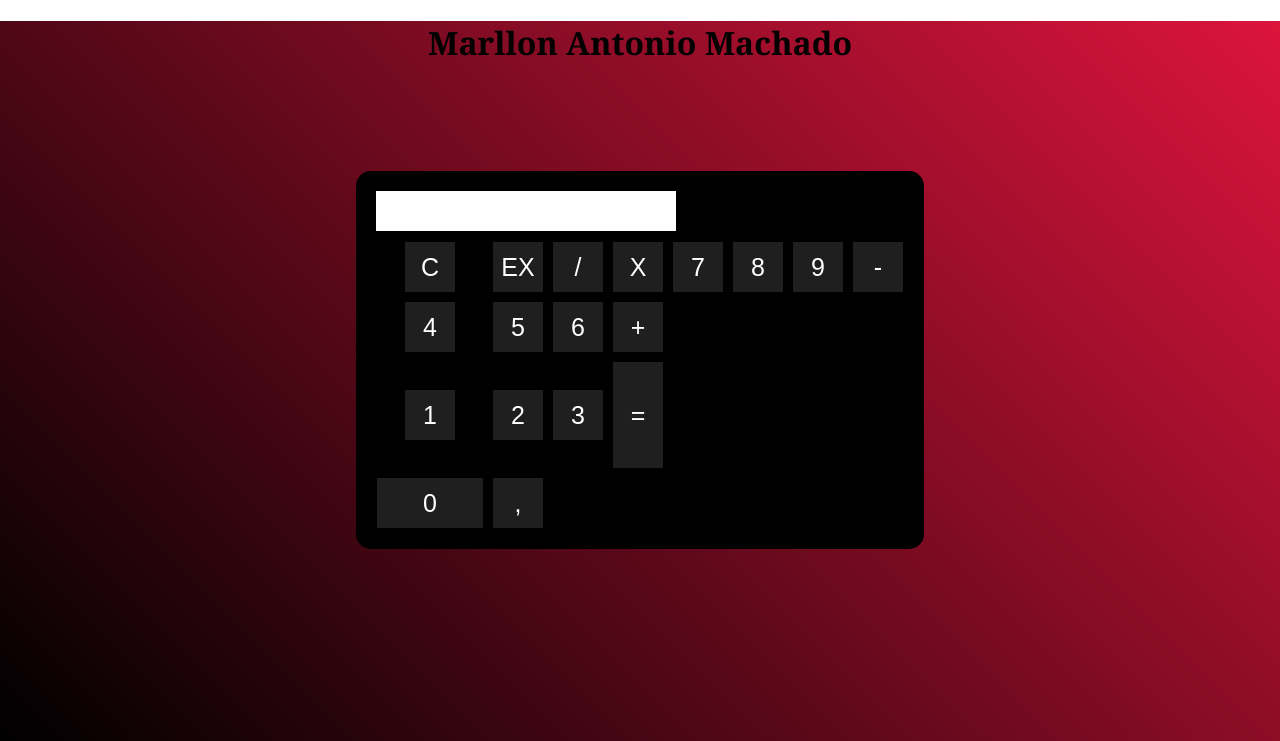
Repository: marllon-hetzler/calculadora.js
Page: interface.html
An editor plug-in stored every save of this project. The page is shown before and after the next save, followed by the edit.
The browser window is 1280 px wide. The pictures show the whole page.

Above is the page before, as saved 2022-11-04 19:54:48.

### interface.html
<!DOCTYPE html>
<html lang="en">
<head>
    <meta charset="UTF-8">
    <meta http-equiv="X-UA-Compatible" content="IE=edge">
    <meta name="viewport" content="width=, initial-scale=1.0">
    <title>Document</title>
</head>

    <style>
        body{
            margin: 0;
            padding: 0;
        }
        .fundo{
            background-image:linear-gradient(45deg,black,crimson);
            height:100vh;
            color: #fff;
            font-family: Georgia, 'Times New Roman', Times, serif;
            font-weight: bold;
            text-align: center;

        }
        .calculadora{
            position:absolute;
            background-color: rgba(0,0,0.8);
            top:50%;
            left: 50%;
            transform:translate(-50%,-50%) ;
            border-radius: 15px;
            padding: 15px;


        }
        .botao{
            width: 50px;
            height: 50px;
            font-size: 25px;
            cursor:pointer;
            background-color: rgb(31,31,31) ;
            border: none;
            color:#fff;
            margin: 3px;

            }
        .botao:hover{
            background-color: darkgray;
        }
        h1{color: black;}
        #resultado{
            background-color: white;
            width: 290px;
            height: 30px;
            margin: 5px;
            font-size: 25px;
            color: black;
            text-align: right;
            padding: 5px;
        }

    </style>
<body>


<div class="fundo">

    <h1>Marllon Antonio Machado</h1>
    <div class="calculadora">
        <p id="resultado"></p>
        <table>
            <tr>
                <td><button class ="botao" onclick="clean()">C</button></td>
                <td><button class ="botao" onclick="back()">EX</button></td>
                <td><button class ="botao" onclick="insert('/')">/</button></td>
                <td><button class ="botao" onclick="insert('*')">X</button></td>

                <td><button class ="botao" onclick="insert('7')">7</button></td>
                <td><button class ="botao" onclick="insert('8')">8</button></td>
                <td><button class ="botao" onclick="insert('9')">9</button></td>
                <td><button class ="botao" onclick="insert('-')">-</button></td>
            </tr>
            <tr>
                <td><button class ="botao" onclick="insert('4')">4</button></td>
                <td><button class ="botao" onclick="insert('5')">5</button></td>
                <td><button class ="botao" onclick="insert('6')">6</button></td>
                <td><button class ="botao" onclick="insert('+')">+</button></td>
            </tr>
            <tr>
                <td><button class ="botao" onclick="insert('1')">1</button></td>
                <td><button class ="botao" onclick="insert('2')">2</button></td>
                <td><button class ="botao" onclick="insert('3')">3</button></td>
                <td><button class ="botao" style="height:106px;" onclick="calcular()">=</button></td>
            </tr>
            <tr>
                <td><button class ="botao" style="width:106px ;" onclick="insert('0')">0</button></td>
                <td><button class ="botao" onclick="insert(',')">,</button></td>
            </tr>
        </table>
    </div>
    </div>
    <script>
        function insert(num)
        {
            var numero = document.getElementById('resultado').innerHTML;
            document.getElementById('resultado').innerHTML = numero + num;
        }
        function clean()
        {
            document.getElementById('resultado').innerHTML = "";
        }
        function back()
        {
            var resultado = document.getElementById('resultado').innerHTML;
            document.getElementById('resultado').innerHTML = resultado.substring(0, resultado.length -1);
        }
        function calcular()
        {
            var resultado = document.getElementById('resultado').innerHTML;
            if(resultado)
            {
                document.getElementById('resultado').innerHTML = eval(resultado);
            }
            else
            {
                document.getElementById('resultado').innerHTML = "Nada..."
            }
        }
    </script>
</body>
</html>

After the next save:
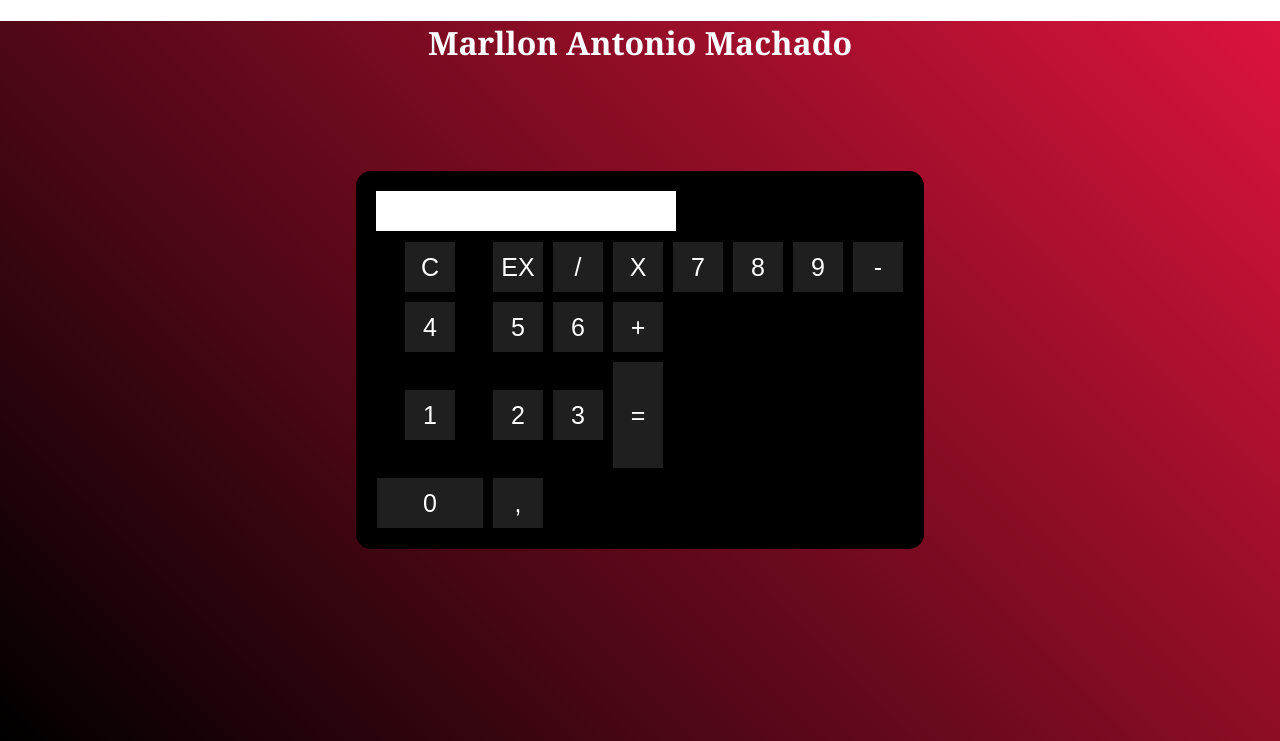
Saved 18 s later.
--- a/interface.html
+++ b/interface.html
@@ -46,7 +46,6 @@
         .botao:hover{
             background-color: darkgray;
         }
-        h1{color: black;}
         #resultado{
             background-color: white;
             width: 290px;
